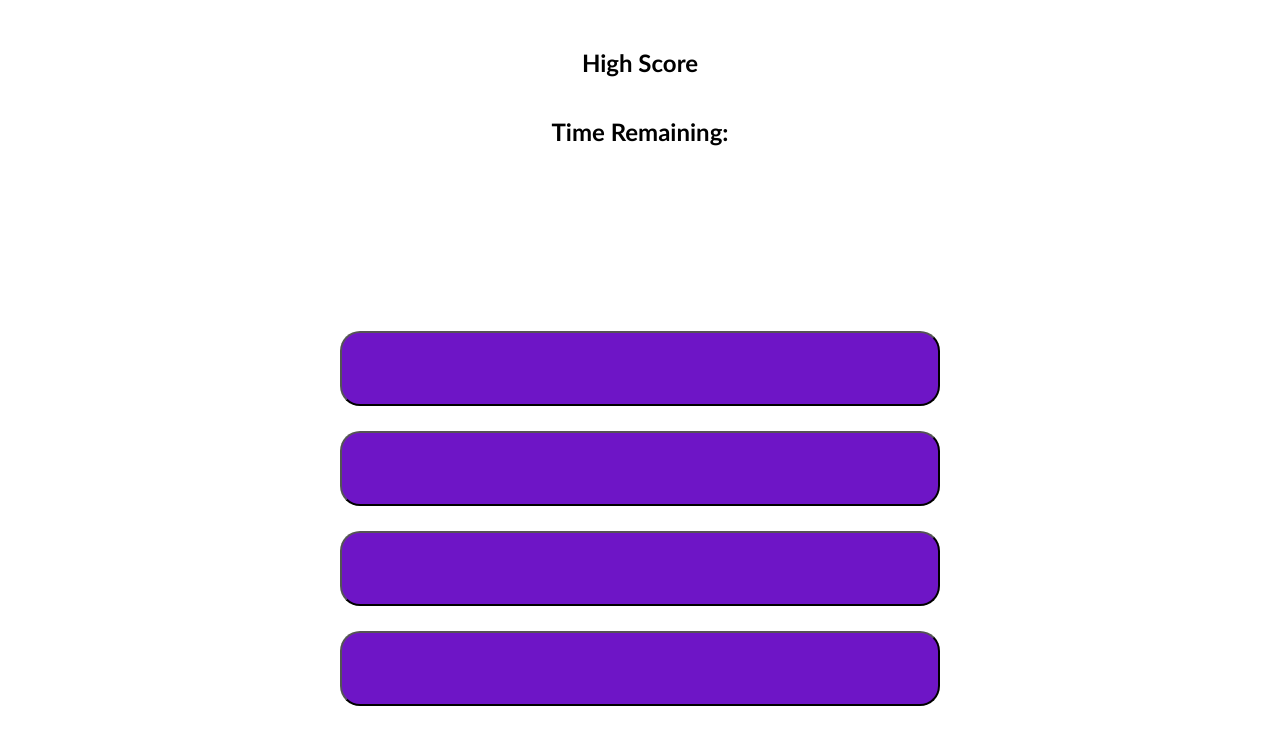
Repository: cobalt88/code-game
Page: assets/subpages/game.html
An editor plug-in stored every save of this project. The page is shown before and after the next save, followed by the edit.
The browser window is 1280 px wide. The pictures show the whole page.
After loading, the first visible `#start` was clicked once.

Above is the page before, as saved 2022-03-18 20:22:10.
Console error: TypeError: Cannot set properties of null (setting 'textContent')

After the next save:
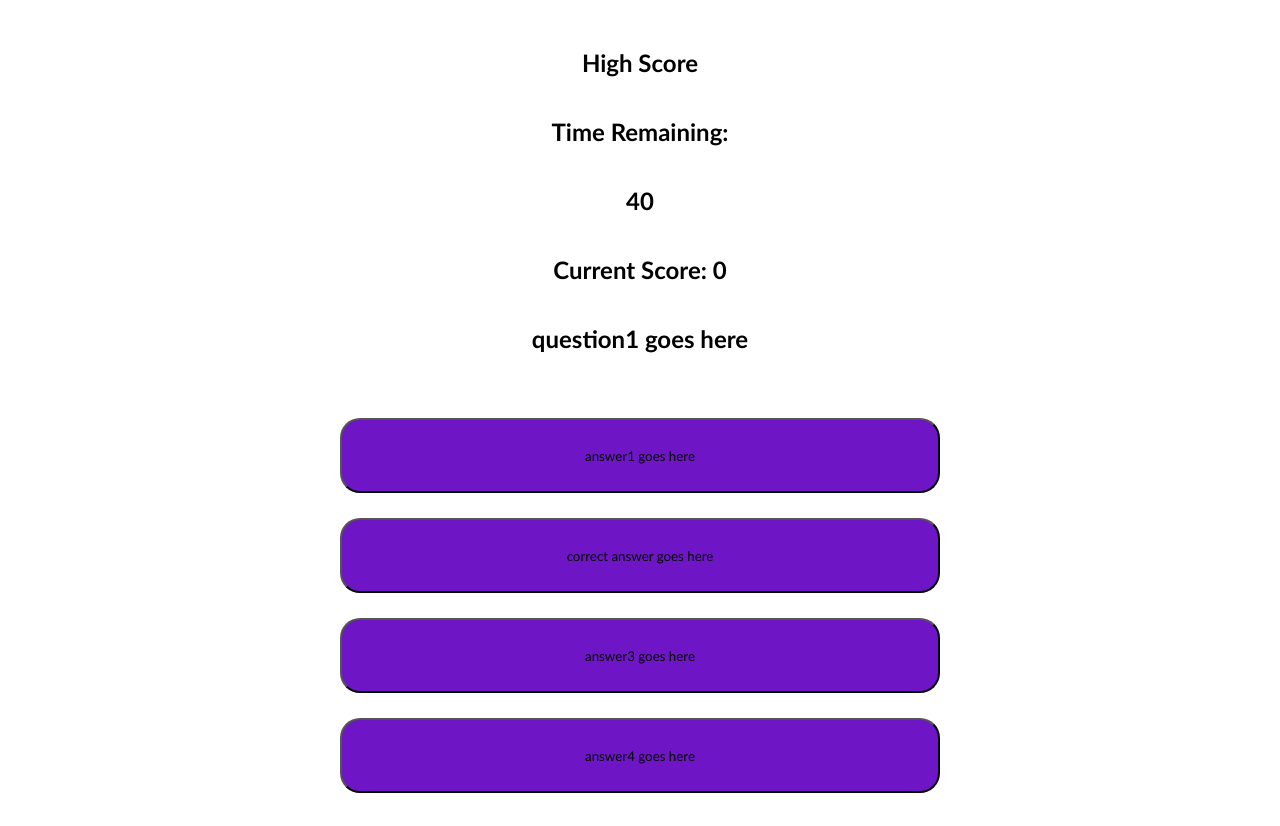
The error is gone.
Saved 37 s later.
--- a/assets/js/game.js
+++ b/assets/js/game.js
@@ -26,6 +26,8 @@ var storedScores = []
 var highScore = Math.max.apply(Math, storedScores.map(function (storedScores) {
     return storedScores.score;
   }))
+
+  console.log(highScore);
 const questions = [
 
   {
@@ -158,7 +160,7 @@ function startQuiz() {
   option4El.setAttribute('style', 'display: visible;');
   scoreEl.setAttribute('style', 'display: visible;');
   timerEl.setAttribute('style', 'display: visible;');
-  highScoreDisplayEl.textContent = highScore;
+  // highScoreDisplayEl.textContent = highScore;
   scoreTracker();
   generateQuestions();
   countdown();
